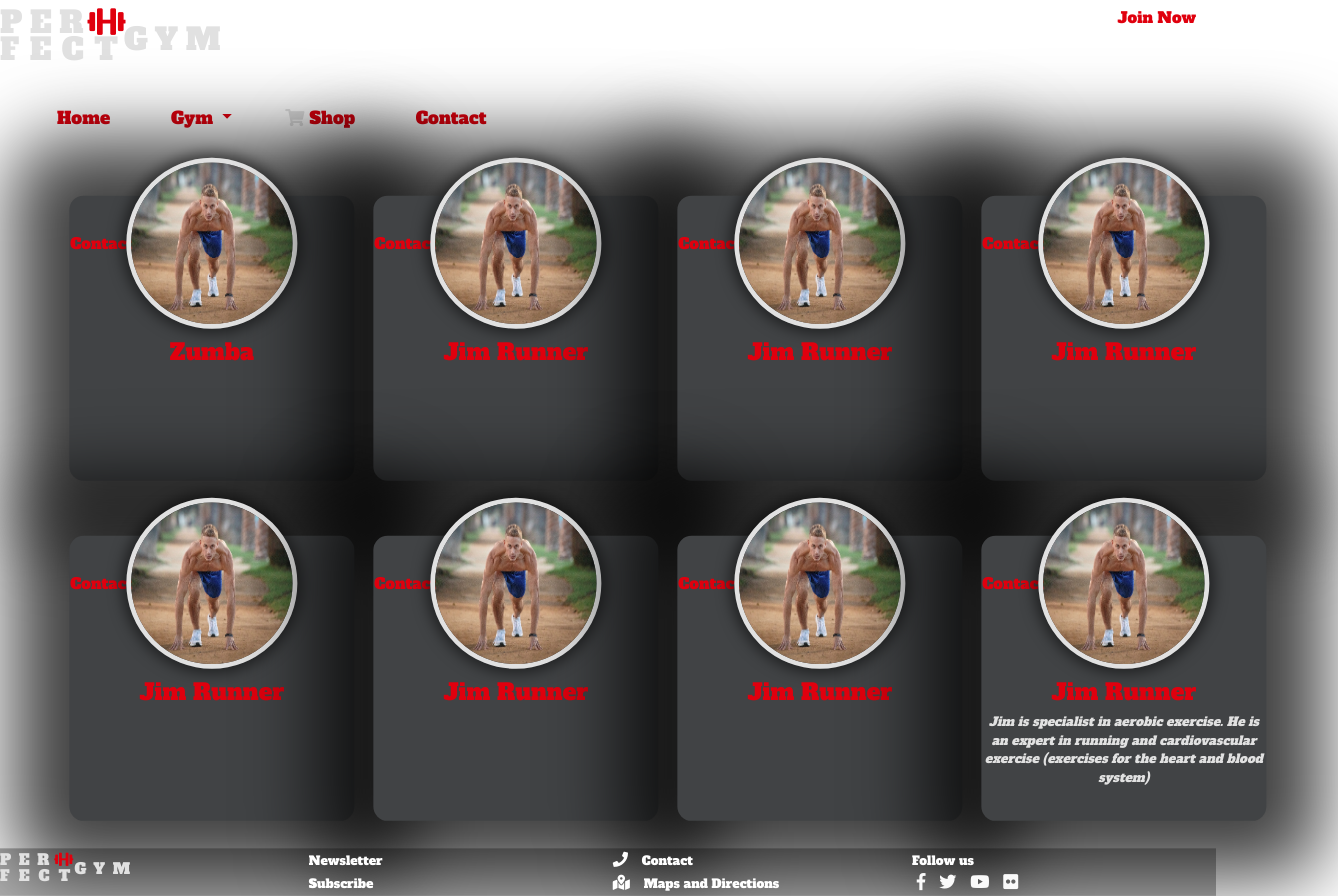
Repository: meghdadyazdi/UCFD-Milestone
Page: activities.html
The author's editor kept a record of every edit. The page is drawn from the files as they stood at one moment, then again after the next edit.
The browser window is 1280 px wide. The page is 1408 px wide, so the pictures cover 1408 px, including what lies to the right of the window. The pictures show the whole page, at 95% of full size.
Some web libraries are served in a nearby version.

Above is the page before.

After the next edit:
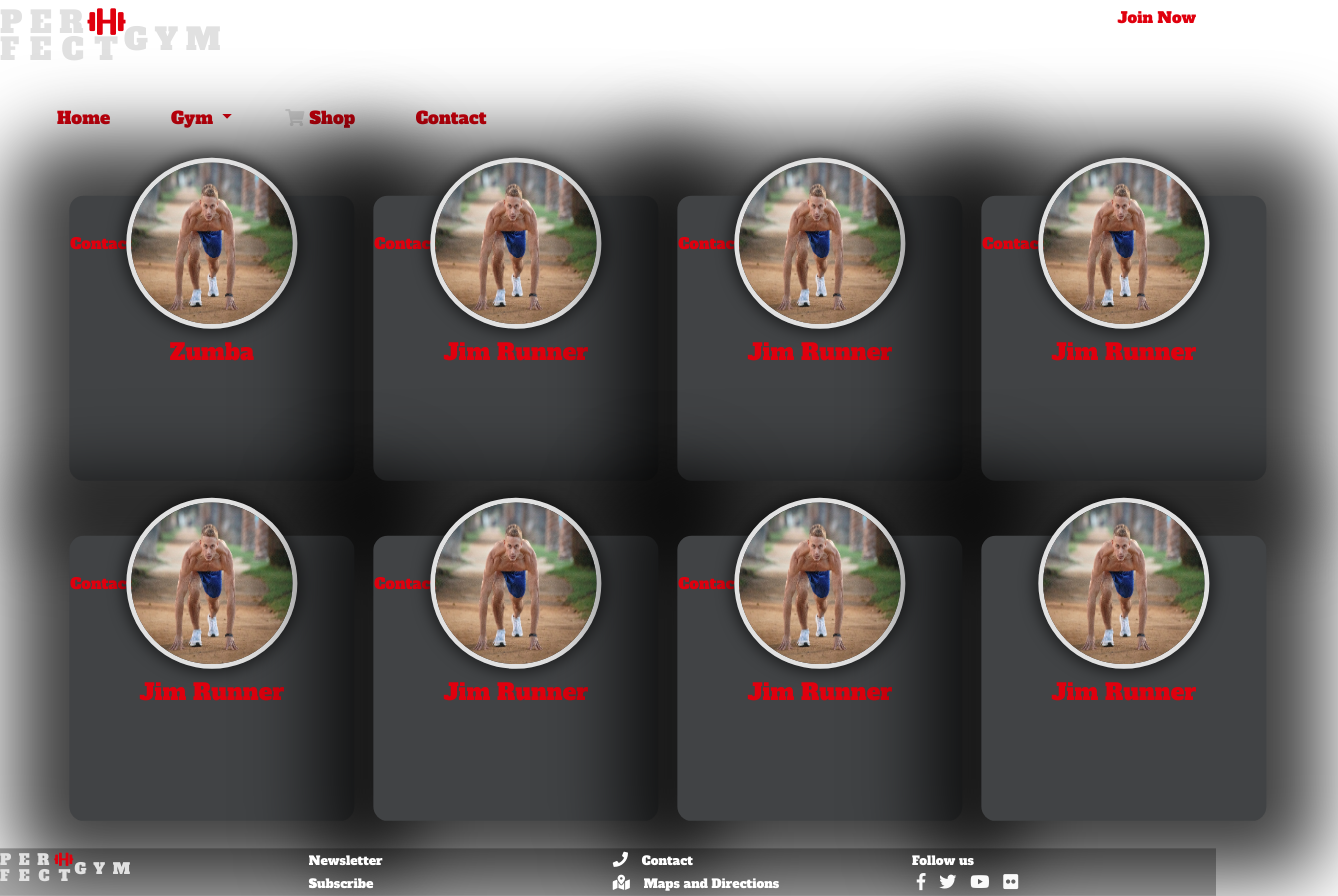
The edit:
--- a/activities.html
+++ b/activities.html
@@ -142,10 +142,10 @@
             <div class="box">
                     <img src="images/trainer1.jpg" class="trainer"></img>
                     <h2>Jim Runner</h2>
-                    <p class="">
-                        Jim is specialist in aerobic exercise. He is an expert in running and cardiovascular exercise (exercises for the heart and blood system)
-                    </p>
-                    <a href="#" class="btn p-0 m-0" data-toggle="modal" data-target="#join-us-modal">Contact him</a>
+                    <!--<p class="">-->
+                    <!--    Jim is specialist in aerobic exercise. He is an expert in running and cardiovascular exercise (exercises for the heart and blood system)-->
+                    <!--</p>-->
+                    <!--<a href="#" class="btn p-0 m-0" data-toggle="modal" data-target="#join-us-modal">Contact him</a>-->
                 </div>
         </div>
     </div>
